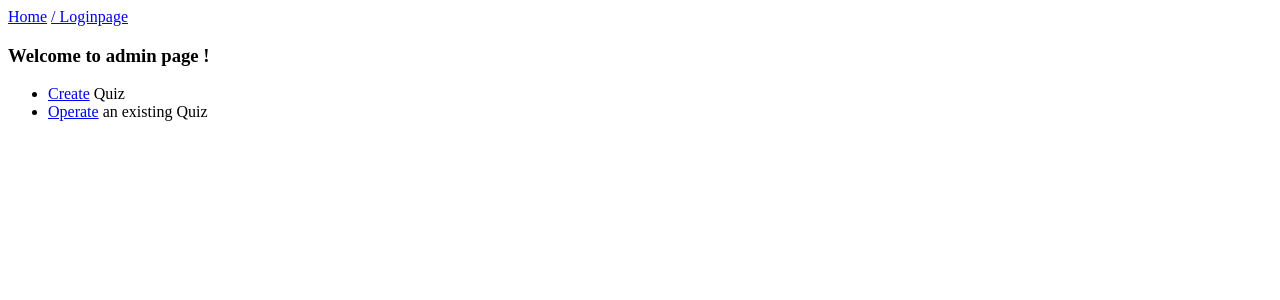
Repository: Sourabh-Gautam/epam-hometask
Page: http://localhost/onlinequizmanagement/view/adminpage.jsp
An editor plug-in stored every save of this project. The page is shown before and after the next save, followed by the edit.
The browser window is 1280 px wide. The pictures show the whole page.
The page is served by Tomcat 9.

Above is the page before, as saved 2022-11-09 16:10:32.

After the next save:
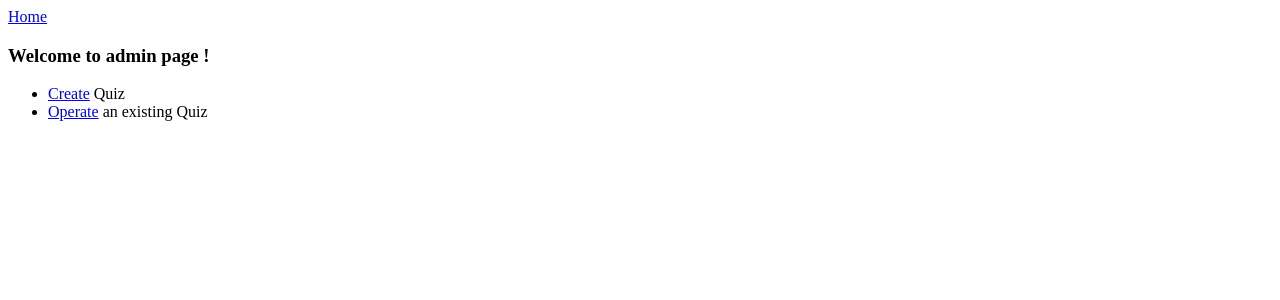
Saved 85 s later.
--- a/Spring/Spring Boot Web/onlinequizmanagement/src/main/webapp/view/adminpage.jsp
+++ b/Spring/Spring Boot Web/onlinequizmanagement/src/main/webapp/view/adminpage.jsp
@@ -9,7 +9,6 @@
 <body>
 	<div>
 		<span><a href="/">Home</a></span>
-		<span><a href="/loginpage"> / Loginpage</a></span>
 	</div>
 	<h3>Welcome to admin page !</h3>
 	<ul>
